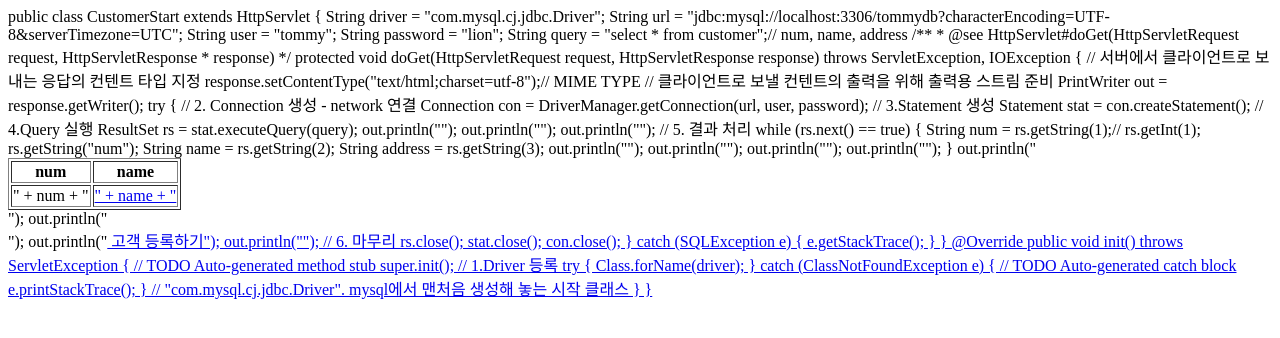
Repository: pencil-HB/SSAFY_Backend
Page: http://localhost/BackendProject/db/CustomerStart.jsp
The author's editor kept a copy of each file at every save. The page is drawn from the files as they stood at one save, then again after the next save.
The browser window is 1280 px wide. The pictures show the whole page.
The page is served by Tomcat 10.

Above is the page before, as saved 2024-09-24 06:17:26.

After the next save:
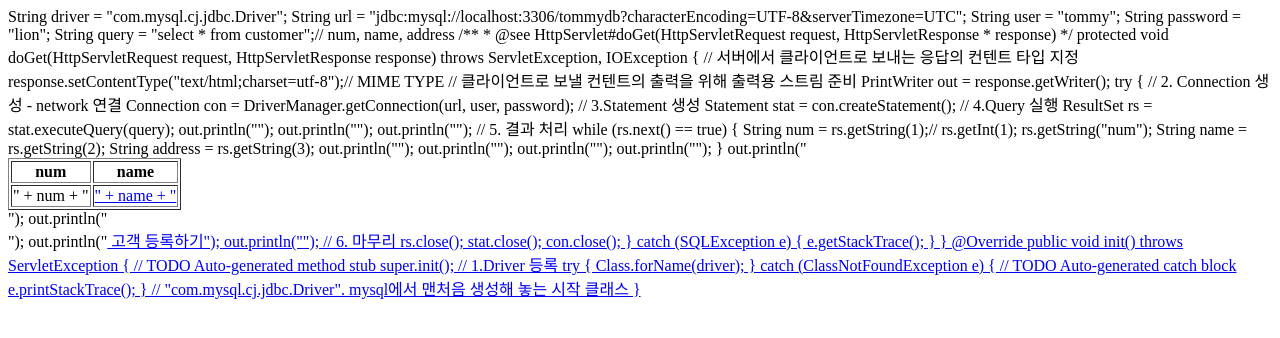
Saved 13 s later.
--- a/BackendProject/src/main/webapp/db/CustomerStart.jsp
+++ b/BackendProject/src/main/webapp/db/CustomerStart.jsp
@@ -2,7 +2,6 @@
 	pageEncoding="UTF-8"%>
 <%@ page import="java.sql.Connection, java.sql.DriverManager, java.sql.ResultSet, java.sql.SQLException, java.sql.Statement" %>
 
-public class CustomerStart extends HttpServlet {
 	String driver = "com.mysql.cj.jdbc.Driver";
 	String url = "jdbc:mysql://localhost:3306/tommydb?characterEncoding=UTF-8&serverTimezone=UTC";
 	String user = "tommy";
@@ -77,5 +76,3 @@ public class CustomerStart extends HttpServlet {
 			e.printStackTrace();
 		} // "com.mysql.cj.jdbc.Driver". mysql에서 맨처음 생성해 놓는 시작 클래스
 	}
-
-}
